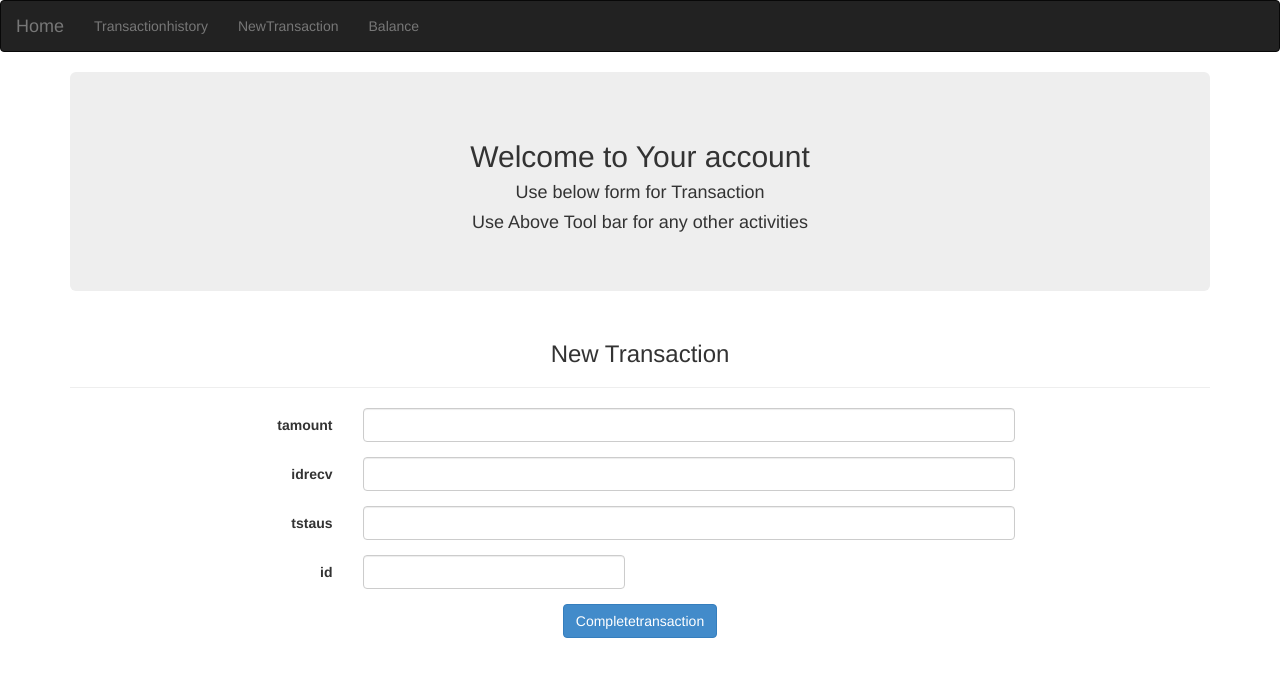
Repository: balajisaiveer/first
Page: http://localhost/Myapplication/WEB-INF/view/homepage.jsp
An editor plug-in stored every save of this project. The page is shown before and after the next save, followed by the edit.
The browser window is 1280 px wide. The pictures show the whole page.
The page is served by Tomcat 9. Nobody is signed in. The template is opened directly, without the code that normally fills it, so the values that code supplies are empty.

Above is the page before, as saved 2018-07-10 11:55:57.

After the next save:
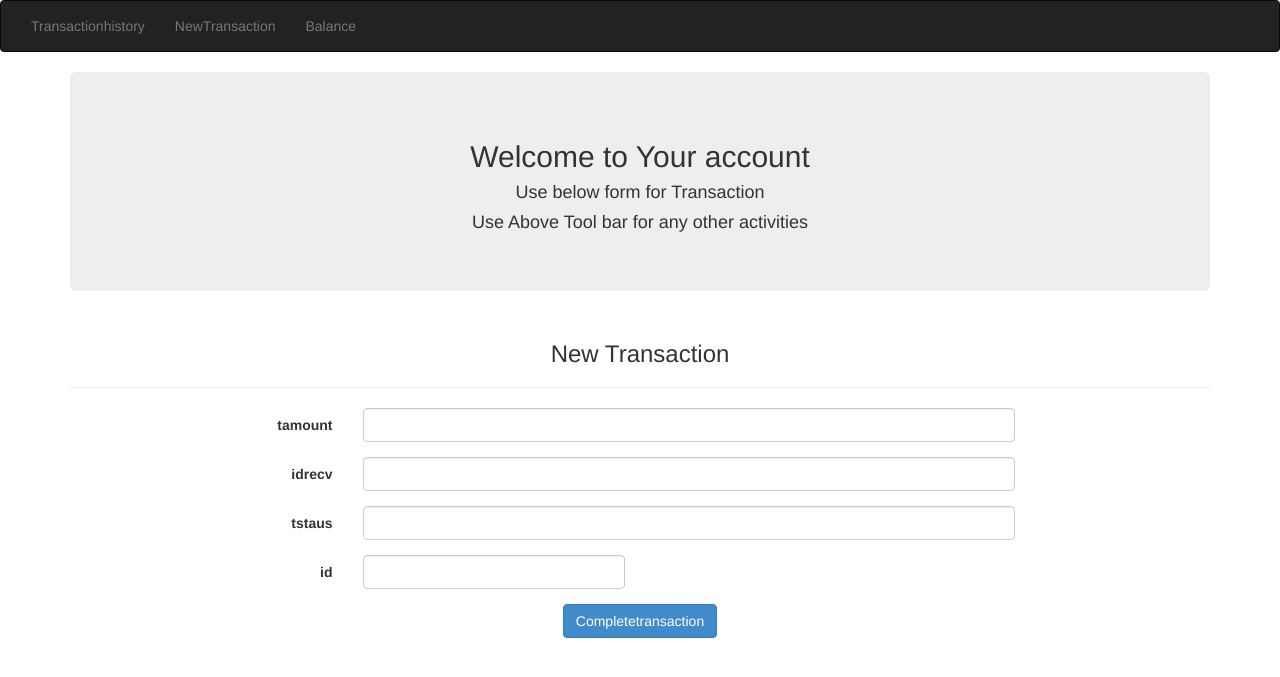
Saved 20 s later.
--- a/workspace-sts-3.9.5.RELEASE/Myapplication/src/main/webapp/WEB-INF/view/homepage.jsp
+++ b/workspace-sts-3.9.5.RELEASE/Myapplication/src/main/webapp/WEB-INF/view/homepage.jsp
@@ -19,7 +19,6 @@
 <body>
 	<div role="navigation">
 		<div class="navbar navbar-inverse">
-			<a href="/login-user" class="navbar-brand">Home</a>
 			<div class="navbar-collapse collapse">
 				<ul class="nav navbar-nav">
 					<li><a href="/transactionhistory">Transactionhistory</a></li>
